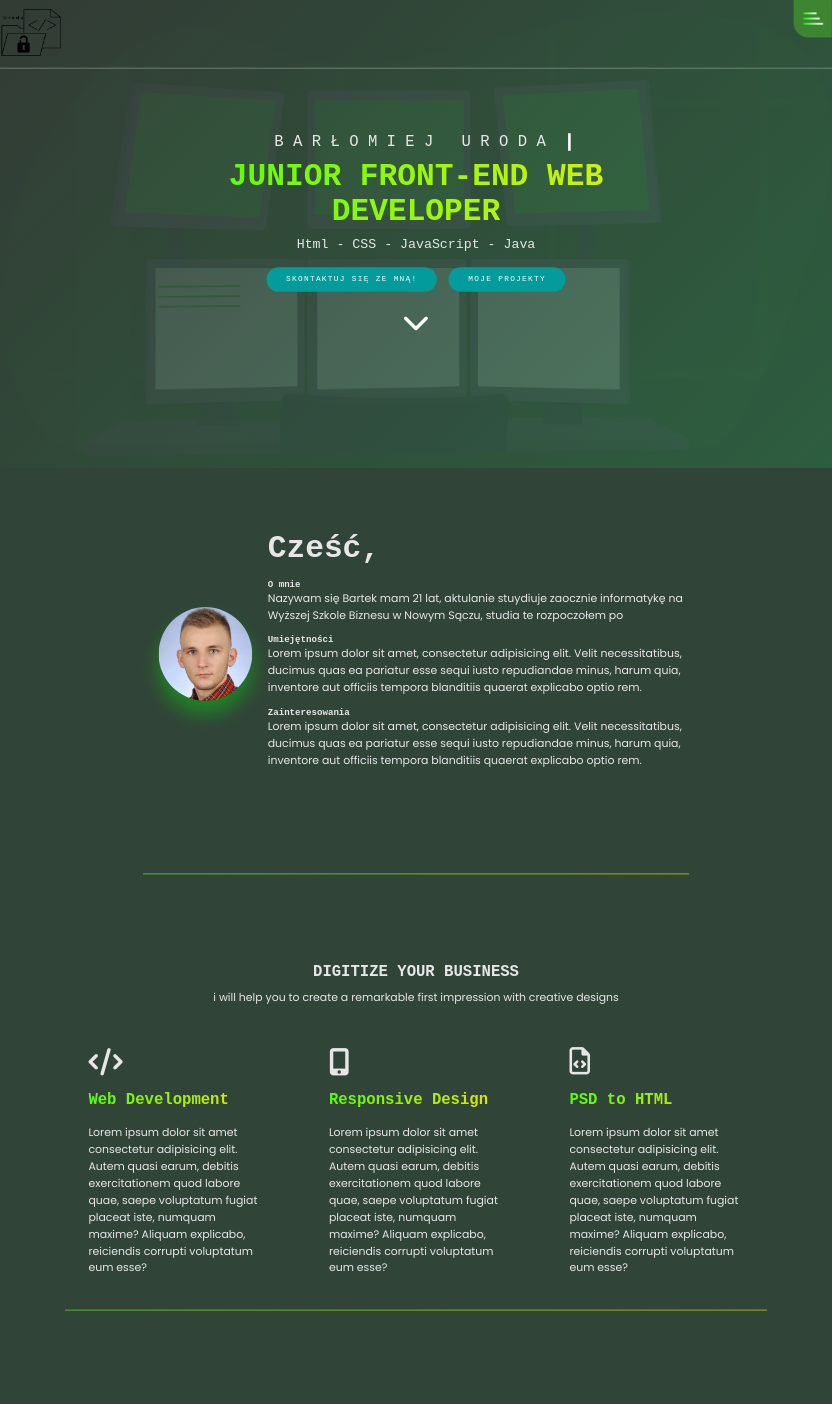
Repository: BartekUroda/portfolio
Page: index.html
The author's editor kept a copy of each file at every save. The page is drawn from the files as they stood at one save, then again after the next save.
The browser window is 1280 px wide. The pictures show the whole page, at 65% of full size.
Some web fonts or font styles are not loaded; a fallback is used. Some web libraries are served in a nearby version.

Above is the page before, as saved 2020-10-27 20:46:56.

After the next save:
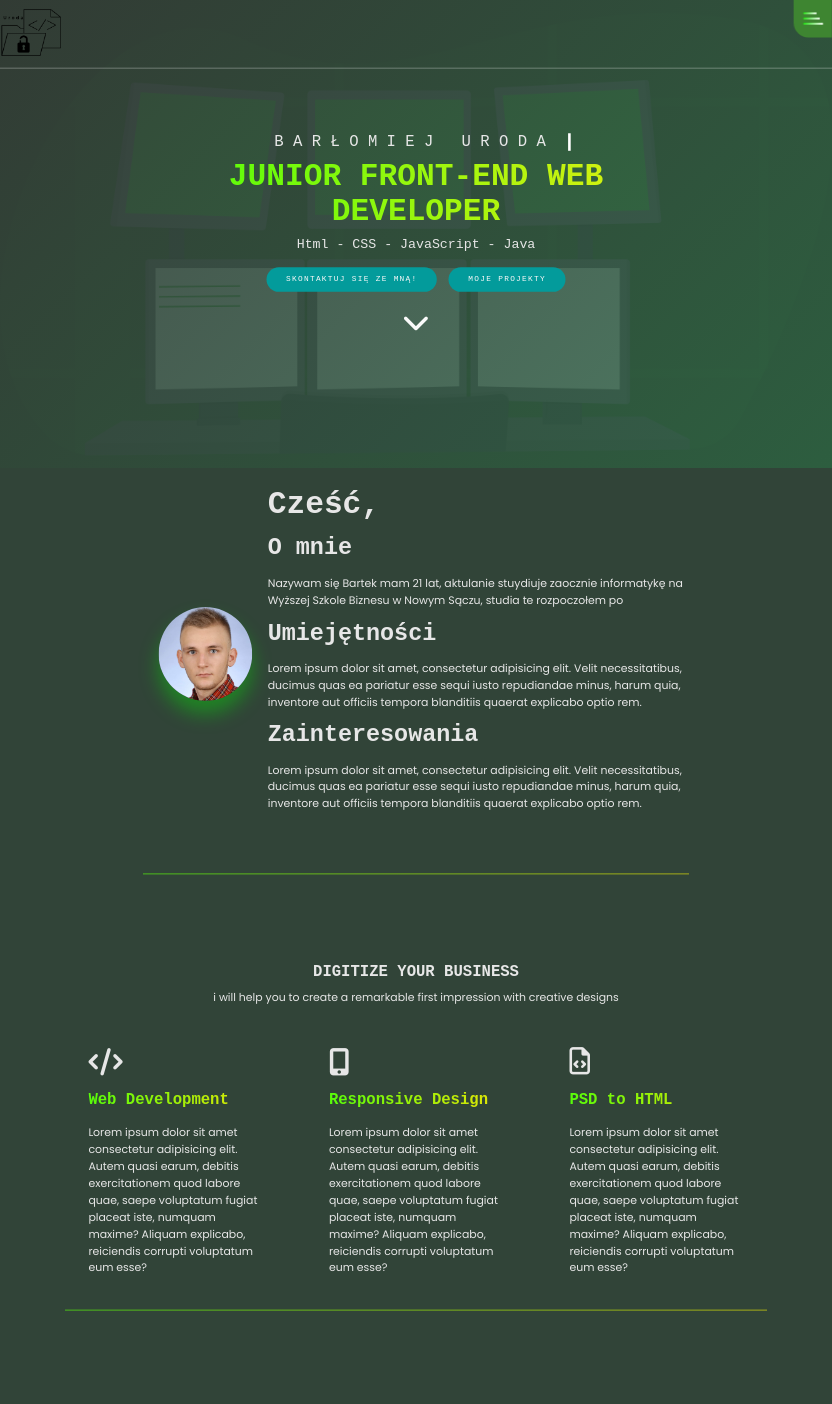
Saved 42 s later.
--- a/css/style.css
+++ b/css/style.css
@@ -291,6 +291,10 @@ nav {
     font-size: 4rem;
     margin-bottom: 20px;
 }
+.about-text-box h3 {
+    font-size: 3rem;
+    margin-bottom: 20px;
+}
 .about-text-box p {
     font-family: "Poppins", sans-serif;
     font-size: 1.4rem;
@@ -322,10 +326,6 @@ hr {
     font-size: 2rem;
     margin: 0.5rem 0 1rem 0;
 }
-.title-heading h3 {
-    font-size: 2rem;
-    margin: 0.5rem 0 1rem 0;
-}
 .title-heading p {
     font-family: "Poppins", sans-serif;
     margin-bottom: 5rem;
